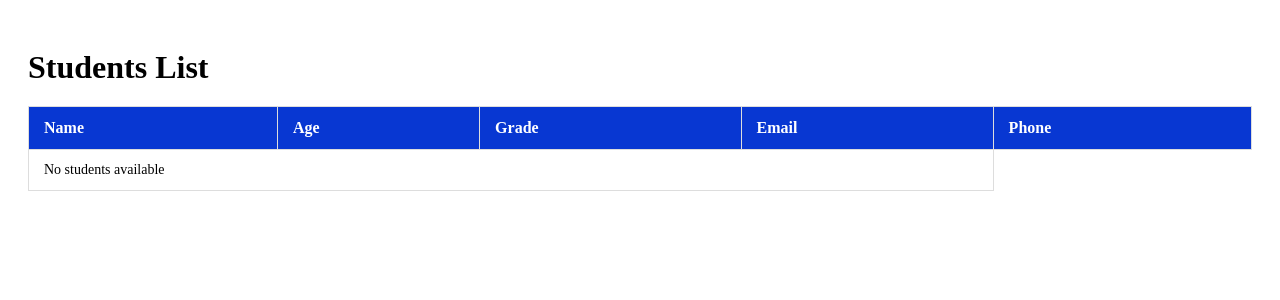
Repository: sharmisthak16/Student-Assignment
Page: /students (app in my-project/)
The author's editor kept a copy of each file at every save. The page is drawn from the files as they stood at one save, then again after the next save.
The browser window is 1280 px wide. The pictures show the whole page.
The page's requests for data from a server got no answer. The project was rebuilt for these pictures with package versions that can differ from the ones it lists, and the page was loaded fresh each time. No one was signed in, and anything a server would have sent is missing. Also part of the build but not shown: my-project/vite.config.js, my-project/src/components/LoginForm.css, my-project/src/components/LoginForm.jsx, my-project/src/components/Dashboard.css, my-project/src/components/Dashboard.jsx, my-project/src/components/HomeButtons.css, my-project/src/components/HomeButtons.jsx, my-project/src/Pages/Home.jsx and 4 more.

Above is the page before, as saved 2025-01-31 04:22:50.

After the next save:
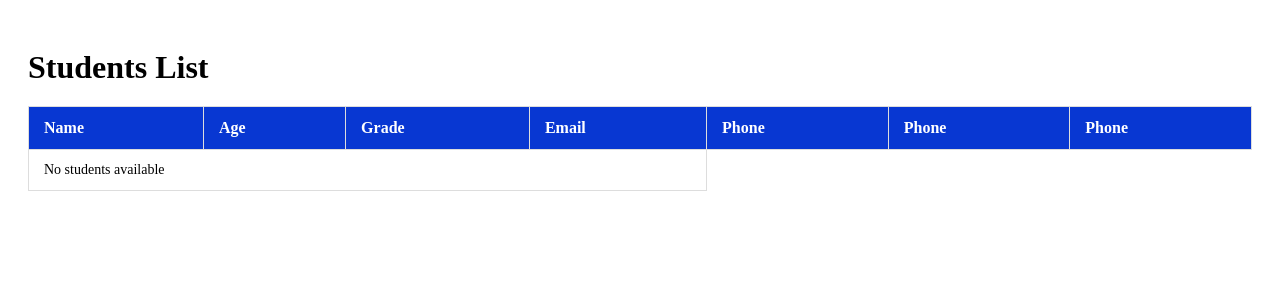
Saved 5 s later.
--- a/my-project/src/components/StudentPage.jsx
+++ b/my-project/src/components/StudentPage.jsx
@@ -39,7 +39,8 @@ const StudentPage = () => {
               <th>Grade</th>
               <th>Email</th>
               <th>Phone</th>
-
+              <th>Phone</th>
+              <th>Phone</th>
             </tr>
           </thead>
           <tbody>
